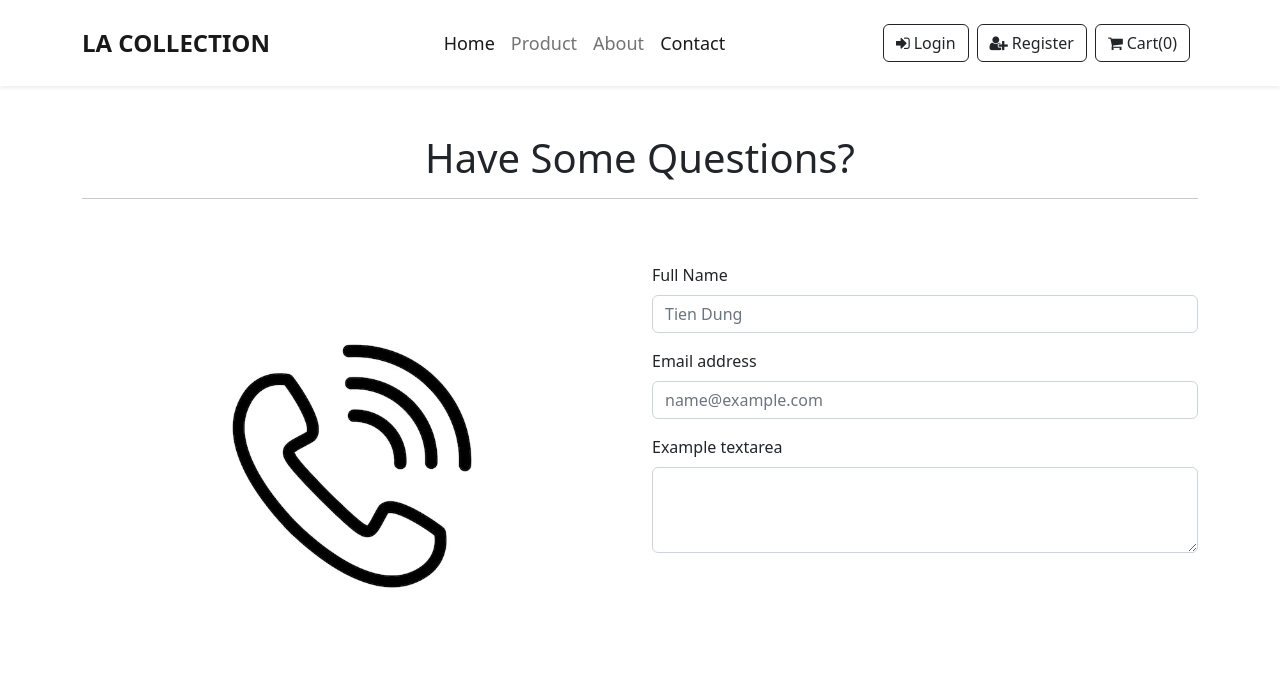
Repository: tiendungjr123/Ecommerce
Page: /contact
The author's editor kept a copy of each file at every save. The page is drawn from the files as they stood at one save, then again after the next save.
The browser window is 1280 px wide. The pictures show the whole page.
The project was rebuilt for these pictures with package versions that can differ from the ones it lists, and the page was loaded fresh each time. Also part of the build but not shown: src/components/Products.jsx, src/components/Home.jsx, src/redux/action/index.js, src/components/ProductDetail.jsx, src/components/About.jsx.

Above is the page before, as saved 2022-10-04 11:03:28.

After the next save:
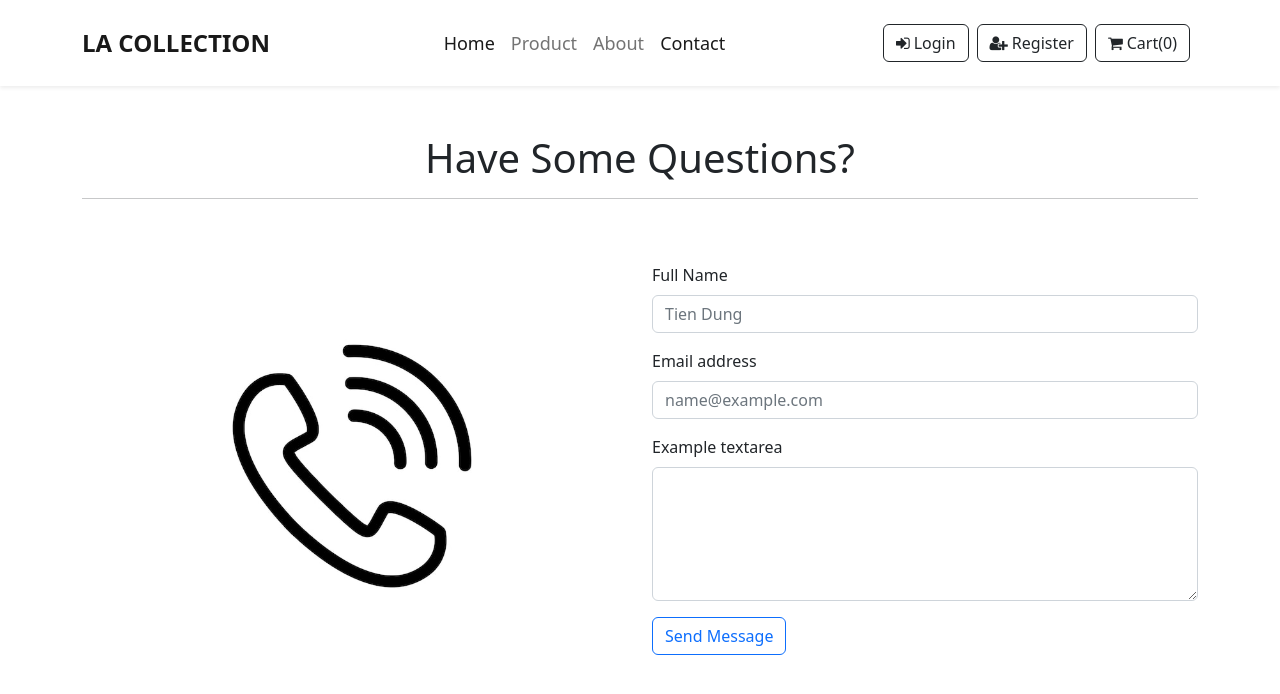
Saved 97 s later.
--- a/src/components/Contact.jsx
+++ b/src/components/Contact.jsx
@@ -26,8 +26,9 @@ const Contact = () => {
                      </div>
                      <div class="mb-3">
                         <label for="exampleFormControlTextarea1" class="form-label">Example textarea</label>
-                        <textarea class="form-control" id="exampleFormControlTextarea1" rows="3"></textarea>
+                        <textarea class="form-control" id="exampleFormControlTextarea1" rows="5"></textarea>
                      </div>
+                     <button type='submit' className='btn btn-outline-primary'>Send Message</button>
                   </form>
                </div>
             </div>
